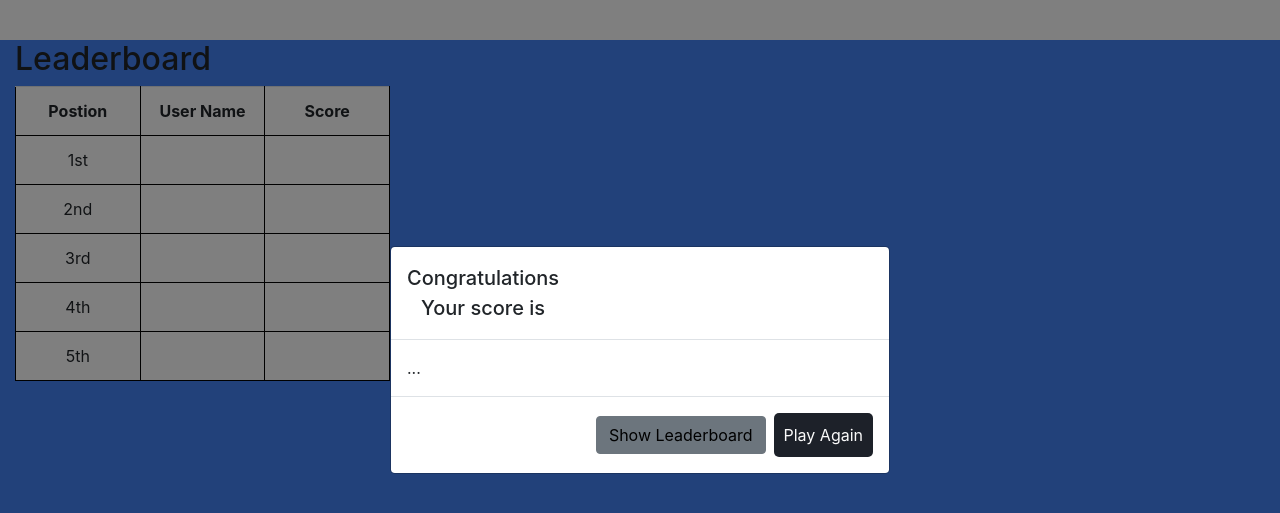
Repository: Code-Institute-Submissions/quiz-1
Page: leaderboard.html
The author's editor kept a record of every edit. The page is drawn from the files as they stood at one moment, then again after the next edit.
The browser window is 1280 px wide. The pictures show the window.
A layer covers the whole window, so only the first screen is drawn.

Above is the page before.

After the next edit:
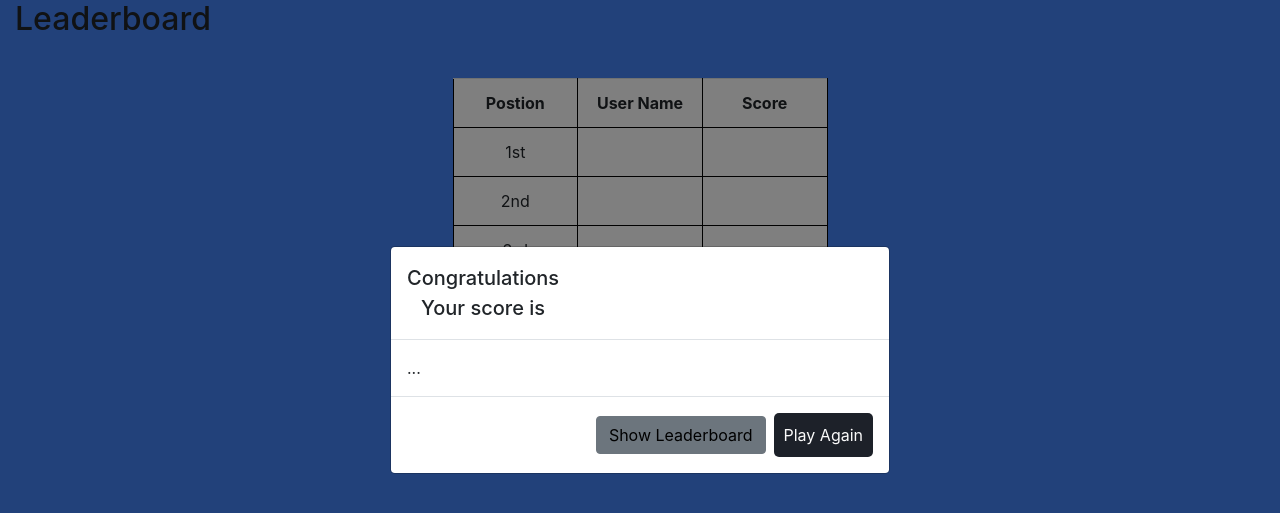
The edit:
--- a/assets/css/style.css
+++ b/assets/css/style.css
@@ -277,7 +277,7 @@
   text-align: center;
 }
 
-.table {
+table {
   margin-top: 40px;
   margin-left: auto;
   margin-right: auto;
